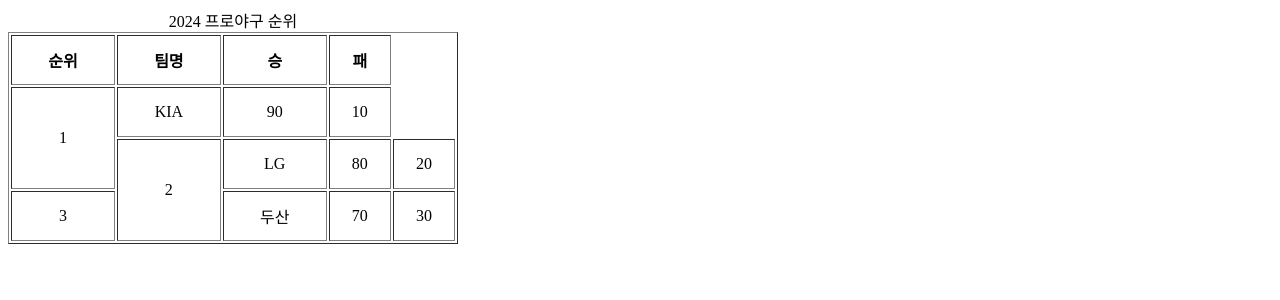
Repository: Cheol-Cheol/KOSA
Page: Kcc_web/Html/WebContent/table.html
An editor plug-in stored every save of this project. The page is shown before and after the next save, followed by the edit.
The browser window is 1280 px wide. The pictures show the whole page.

Above is the page before, as saved 2024-07-08 05:29:33.

### Kcc_web/Html/WebContent/table.html
<!DOCTYPE html>
<html>
<head>
<meta charset="UTF-8">
<title>Insert title here</title>
</head>
<body>
	<table width="450" border="1">
		<caption>2024 프로야구 순위</caption>
		<thead>
			<tr height="50" align="center">
				<th>순위</th>
				<th>팀명</th>
				<th>승</th>
				<th>패</th>
			</tr>
		</thead>
		<tbody>
			<tr height="50" align="center">
				<td rowspan="2"'>1</td>
				<td>KIA</td>
				<td>90</td>
				<td>10</td>
			</tr>
			<tr height="50" align="center">
				<td rowspan = "2">2</td>
				<td>LG</td>
				<td>80</td>
				<td>20</td>
			</tr>
			<tr height="50" align="center">
				<td>3</td>
				<td>두산</td>
				<td>70</td>
				<td>30</td>
			</tr>
		</tbody>
	</table>
</body>
</html>

After the next save:
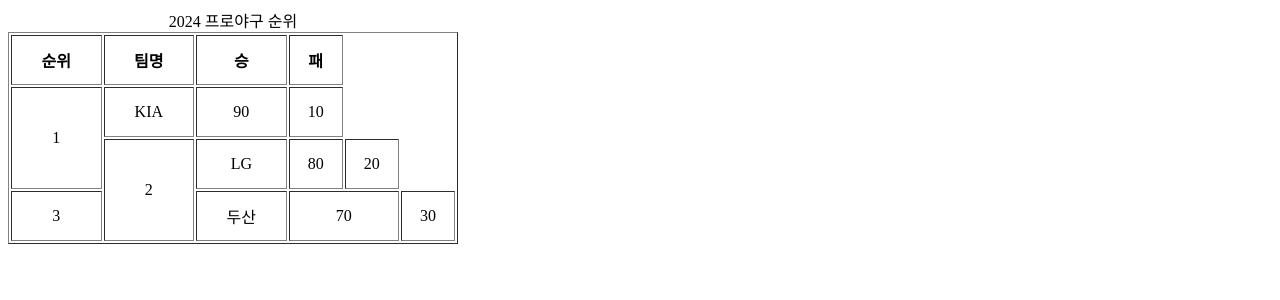
Saved 21 s later.
--- a/Kcc_web/Html/WebContent/table.html
+++ b/Kcc_web/Html/WebContent/table.html
@@ -31,7 +31,7 @@
 			<tr height="50" align="center">
 				<td>3</td>
 				<td>두산</td>
-				<td>70</td>
+				<td colspan ="2">70</td>
 				<td>30</td>
 			</tr>
 		</tbody>

After the 2 saves that followed:
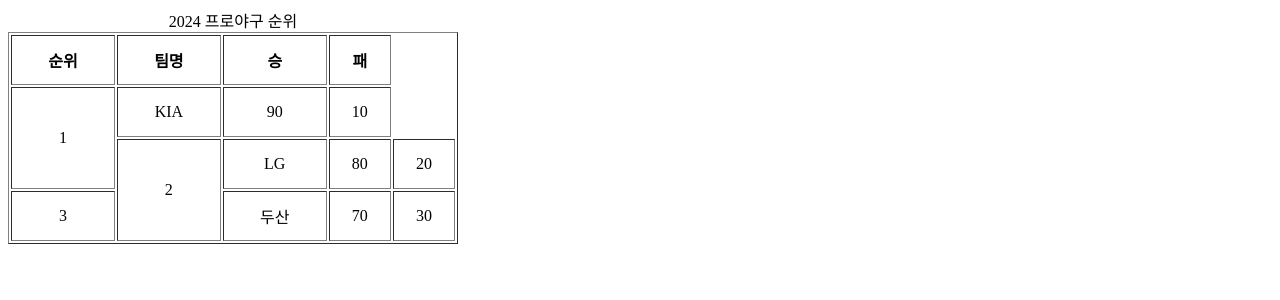
The 2 saves are shown as one change because 1 left the picture as it was.
The last was saved 11 s later.
--- a/Kcc_web/Html/WebContent/table.html
+++ b/Kcc_web/Html/WebContent/table.html
@@ -31,8 +31,8 @@
 			<tr height="50" align="center">
 				<td>3</td>
 				<td>두산</td>
-				<td colspan ="2">70</td>
-				<td>30</td>
+				<td colspan ="1">70</td>
+				<td colspan ="1">30</td>
 			</tr>
 		</tbody>
 	</table>
